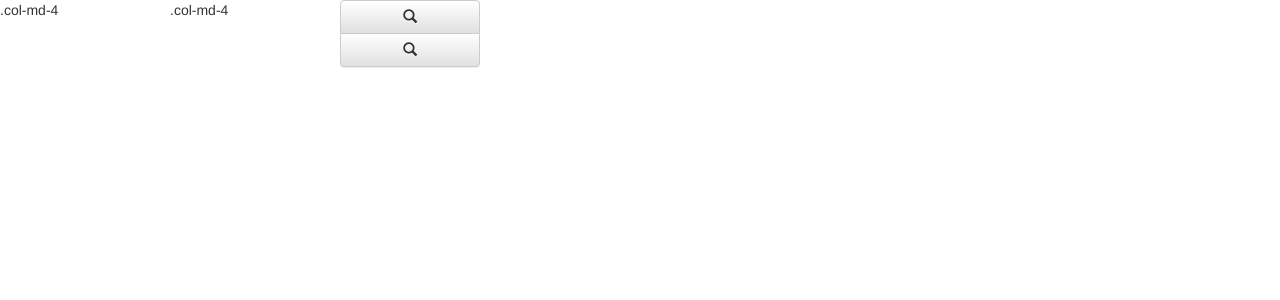
Repository: bmatusiak/bbb-usb-tool-nw
Page: index.html
The author's editor kept a record of every edit. The page is drawn from the files as they stood at one moment, then again after the next edit.
The browser window is 1280 px wide. The pictures show the whole page.

Above is the page before.
Console error: ReferenceError: global is not defined

After the next edit:
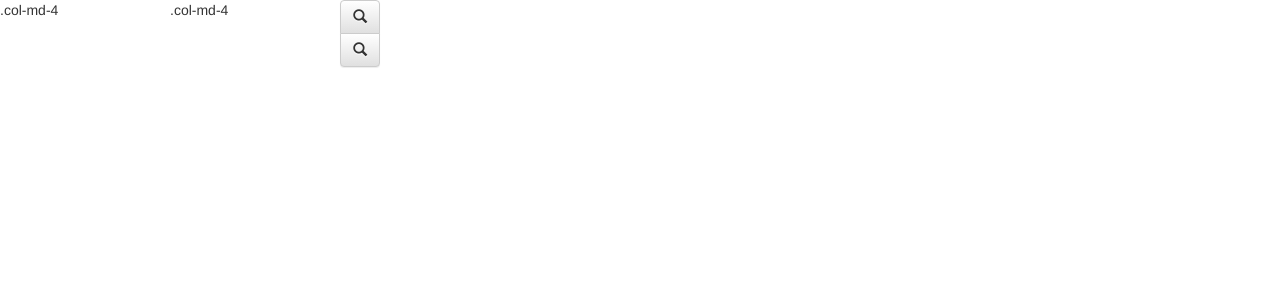
The edit:
--- a/index.html
+++ b/index.html
@@ -17,7 +17,7 @@
             <div class="col-xs-4">.col-md-4</div>
             <div class="col-xs-4">.col-md-4</div>
             <div class="col-xs-4">
-                <div class="btn-group-vertical" style="width:100%;">
+                <div class="btn-group-vertical">
                   <button type="button" class="btn btn-default" style="height:50%;"><span class="glyphicon glyphicon-search"></span></button>
                   <button type="button" class="btn btn-default"><span class="glyphicon glyphicon-search"></span></button>
                 </div>
